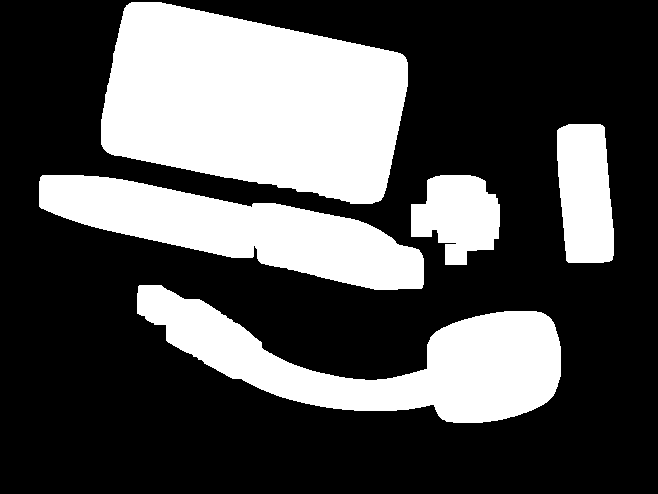
Repository: kaiofbgarcia/OpenCV
Script's output: python newCoin.py
The author's editor kept a copy of each file at every save. The script's output is drawn from the files as they stood at one save, then again after the next save.
Random numbers start from a fixed seed. It also reads img/img1.jpg.

Above is the script's output before, as saved 2022-06-28 19:14:18.

### newCoin.py
import cv2
from cv2 import THRESH_BINARY
import numpy as np
from numpy import binary_repr

imagem = cv2.imread("img/img1.jpg")          # Carregar a imagem
res = cv2.resize(imagem, dsize=( 658, 494), interpolation=cv2.INTER_CUBIC) # Redimensionar Img ################
gray = cv2.cvtColor(res, cv2.COLOR_BGR2GRAY)     # GrayScale
blur = cv2.blur(gray,(3,3))                       # Blur ###############

ret,binary = cv2.threshold(blur , 65 ,255, cv2.THRESH_BINARY)         # Binarização ################
ret1,binary1 = cv2.threshold(binary,127,255,cv2.THRESH_BINARY_INV)   # Inverter a Binarização


kernel = np.ones((5,5), np.uint8)
dilation = cv2.dilate(binary1, kernel, iterations=5)   # Dilatar ####################

contours, hierarchy = cv2.findContours(dilation, cv2.RETR_TREE, cv2.CHAIN_APPROX_SIMPLE) # Procura os Objetos
cont = len(contours)                                                                     # Conta os Objetos

print("Numero de Objetos Encontrados: ",cont)

cv2.imshow("Dilatation", dilation)


cv2.waitKey(0)

After the next save:
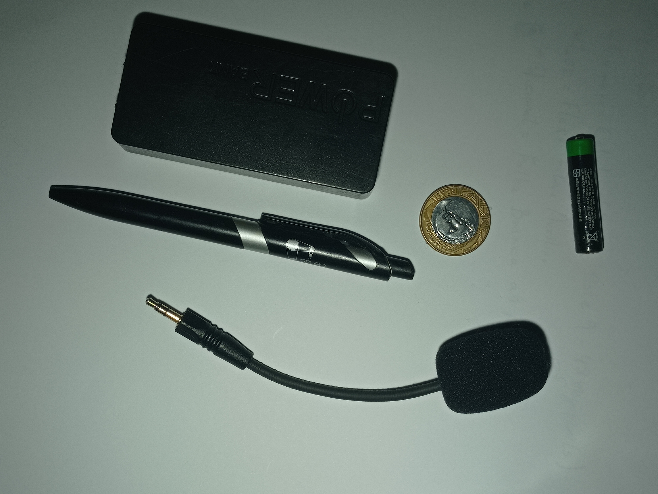
Saved 47 s later.
--- a/newCoin.py
+++ b/newCoin.py
@@ -20,7 +20,7 @@
 
 print("Numero de Objetos Encontrados: ",cont)
 
-cv2.imshow("Dilatation", dilation)
+cv2.imshow("Dilatation", res)
 
 
 cv2.waitKey(0)
